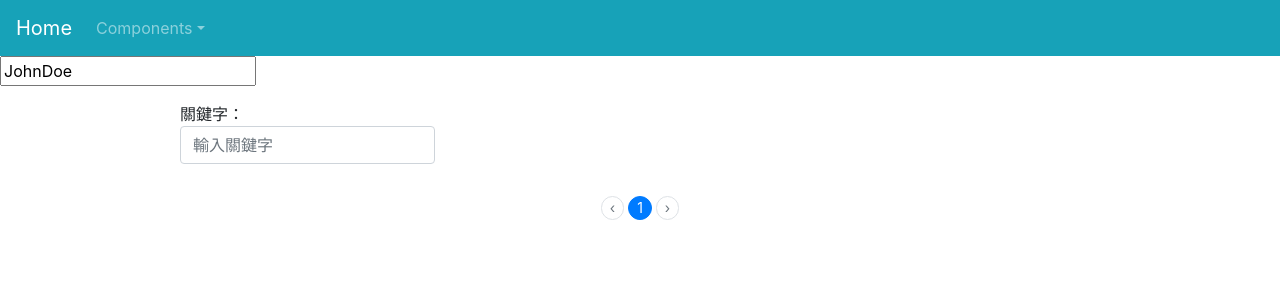
Repository: iian0910/bootstrapVue-demo
Page: /#/tablePagination
An editor plug-in stored every save of this project. The page is shown before and after the next save, followed by the edit.
The browser window is 1280 px wide. The pictures show the whole page.
The page's requests for data from a server got no answer. The project was rebuilt for these pictures with package versions that can differ from the ones it lists, and the page was loaded fresh each time. No one was signed in, and anything a server would have sent is missing.

Above is the page before, as saved 2021-04-26 15:16:20.

### src/main.ts
import axios from 'axios'
import { BootstrapVue, IconsPlugin } from 'bootstrap-vue'
import 'bootstrap-vue/dist/bootstrap-vue.css'
// Import Bootstrap an BootstrapVue CSS files (order is important)
import 'bootstrap/dist/css/bootstrap.css'
import Vue from 'vue'
import VueAxios from 'vue-axios'
import App from './App.vue'
import router from './router'

// Make BootstrapVue available throughout your project
Vue.use(BootstrapVue)
// Optionally install the BootstrapVue icon components plugin
Vue.use(IconsPlugin)
Vue.use(VueAxios, axios)

Vue.config.productionTip = false

new Vue({
  router,
  render: h => h(App)
}).$mount('#app')

### src/App.vue
<template>
  <div id="app">
  <Main/>
  </div>
</template>

<script lang="ts">
import { Component, Vue } from 'vue-property-decorator'
import Main from './pages/Main.vue'

@Component({
  components: {
    Main
  }
})
export default class App extends Vue {}
</script>

<style lang="scss">

</style>

### src/router/index.ts
import Vue from 'vue'
import VueRouter from 'vue-router'

Vue.use(VueRouter)

const routes = [
  {
    path: '/',
    name: 'Home',
    component: () => import('../pages/Index.vue')
  },
  {
    path: '/tablePagination',
    name: 'TablePagination',
    component: () => import('../components/TablePagination.vue')
  }
]

const router = new VueRouter({
  routes
})

export default router

### src/pages/Main.vue
<template>
  <div>
    <Navbar/>
    <router-view></router-view>
  </div>
</template>
<script lang="ts">
import { Component, Vue } from 'vue-property-decorator'
import Navbar from '../components/Navbar.vue'

@Component({
  components: {
    Navbar
  }
})
export default class Main extends Vue {

}
</script>
<style lang="scss">

</style>

### src/components/TablePagination.vue
<template>
  <div>
    <input type="text" v-model="name">
    <div class="container">
      <div class="row">
        <div class="col-3 offset-1 my-3">
          關鍵字：<b-form-input
            v-model="filterText"
            type="text"
            placeholder="輸入關鍵字"
          ></b-form-input>
        </div>
      </div>
      <div class="row">
        <div class="col-10 offset-1">
          <!-- Table: 基本款 -->
          <!-- <b-table striped hover :items="sliceDate"></b-table> -->

          <!-- Table: 客製化 -->
          <b-table
            striped hover
            :items="sliceDate"
          >
            <template #cell(seq)="sliceDate">{{sliceDate.item.seq}}</template>
            <template #cell(materialYear)="sliceDate">{{sliceDate.item.materialYear}}</template>
            <template #cell(statisticsProject)="sliceDate">{{sliceDate.item.statisticsProject}}</template>
            <template #cell(taxCategory)="sliceDate">{{sliceDate.item.taxCategory}}</template>
            <template #cell(value)="sliceDate">
              <div class="text-left">{{sliceDate.item.value | currencyChange}}</div>
            </template>
            <template #cell(dataUnit)="sliceDate">{{sliceDate.item.dataUnit}}</template>
          </b-table>
          <!-- Pagination -->
          <div class="d-flex justify-content-center">
            <b-pagination
              v-model="currentPage"
              :total-rows="data.length"
              :per-page="perPage"
              pills
              first-number
              last-number
              size="sm"
              @click.native="sliceData(currentPage)"
            ></b-pagination>
          </div>
        </div>
      </div>
    </div>
  </div>
</template>

<script lang="ts">
import { Component, Vue } from 'vue-property-decorator'

// interFace
interface Data {
  seq: string;
  materialYear: string;
  statisticsProject: string;
  taxCategory: string;
  value: string;
  dataUnit: string;
}

// Component 宣告在最前面
@Component({
  filters: {
    currencyChange (val: string) {
      val = parseFloat(val.replace(/\s/g, '').replace(/,/g, ''))
        .toString()
        .replace(/\B(?=(\d{3})+(?!\d))/g, ',')
      if (val === 'NaN') {
        val = ''
      }
      return '$' + val
    }
  }
})

export default class TablePagination extends Vue {
  // Data
  private apiURL = 'https://api.kcg.gov.tw/api/service/get/2c1d9959-d038-4918-bae3-409680f8193a'
  public data = []
  public sliceDate = []
  public parentSendData = 'parentSendData'
  public childSendData = ''
  public currentPage = 1 // 預設目前頁面
  public perPage = 10 // 每頁顯示項目數
  public sortBy = 'Value'
  public sortDesc = false
  public filterText = ''

  firstName = 'John'
  lastName = 'Doe'

  // methods
  private changeDataDTO (data:any) {
    this.data = data.map((res: any) => {
      const rowData = {} as Data
      rowData.seq = res.seq
      rowData.materialYear = res.資料年度
      rowData.statisticsProject = res.統計項目
      rowData.taxCategory = res.稅目別
      rowData.value = res.值
      rowData.dataUnit = res.資料單位
      return rowData
    })
  }

  private sliceData (currentPage: number) {
    this.sliceDate = this.data.slice(this.perPage * currentPage - this.perPage, this.perPage * currentPage)
  }

  // Computed
  // this.data.filter((item:any) => { item.value.match(this.filterText) })
  get name () {
    return this.firstName + '' + this.lastName
  }

  // 生命週期
  public mounted () {
    this.$http.get(this.apiURL).then((res) => {
      this.data = res.data.data
      this.changeDataDTO(this.data)
      this.sliceData(this.currentPage)
    })
  }
}
</script>

<!-- Add "scoped" attribute to limit CSS to this component only -->
<style scoped lang="scss">

</style>

### src/components/Navbar.vue
<template>
  <div>
    <b-navbar toggleable="lg" type="dark" variant="info">
      <b-navbar-brand to="/">Home</b-navbar-brand>

      <b-navbar-toggle target="nav-collapse"></b-navbar-toggle>

      <b-collapse id="nav-collapse" is-nav>
        <b-navbar-nav>
          <b-nav-item-dropdown text="Components" right>
            <b-dropdown-item to="/tablePagination">TablePagination</b-dropdown-item>
          </b-nav-item-dropdown>
        </b-navbar-nav>
      </b-collapse>
    </b-navbar>
  </div>
</template>

<script lang="ts">
import { Component, Vue } from 'vue-property-decorator'

// Component 宣告在最前面
@Component({
  components: {

  }
})

export default class Navbar extends Vue {

}
</script>

Loaded but not shown: public/index.html (common file)

After the next save:
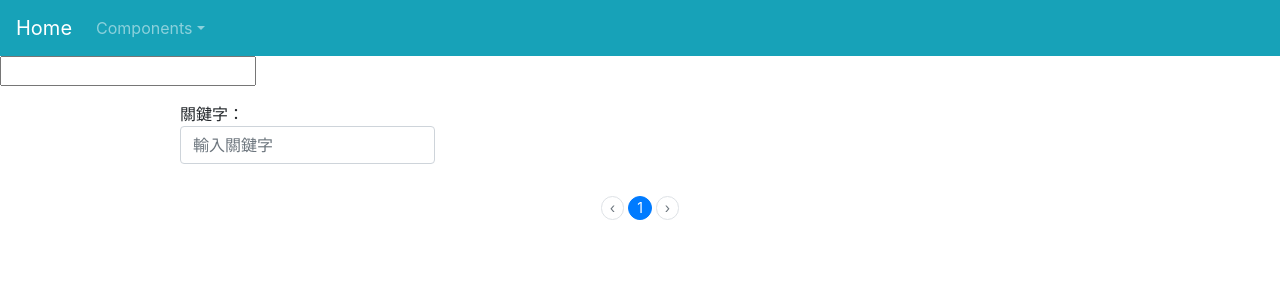
Saved 11 s later.
--- a/src/components/TablePagination.vue
+++ b/src/components/TablePagination.vue
@@ -113,9 +113,9 @@
 
   // Computed
   // this.data.filter((item:any) => { item.value.match(this.filterText) })
-  get name () {
-    return this.firstName + '' + this.lastName
-  }
+  // get name () {
+  //   return this.firstName + '' + this.lastName
+  // }
 
   // 生命週期
   public mounted () {

After the save that followed:
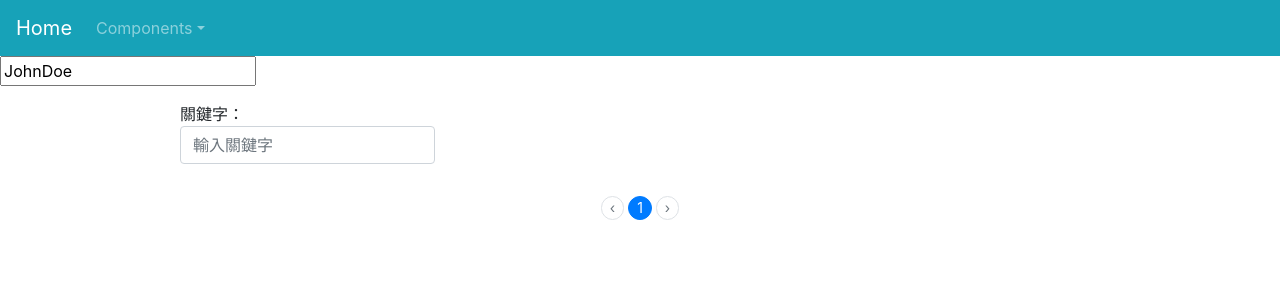
Saved 4 s later.
--- a/src/components/TablePagination.vue
+++ b/src/components/TablePagination.vue
@@ -113,9 +113,9 @@
 
   // Computed
   // this.data.filter((item:any) => { item.value.match(this.filterText) })
-  // get name () {
-  //   return this.firstName + '' + this.lastName
-  // }
+  get name () {
+    return this.firstName + '' + this.lastName
+  }
 
   // 生命週期
   public mounted () {
